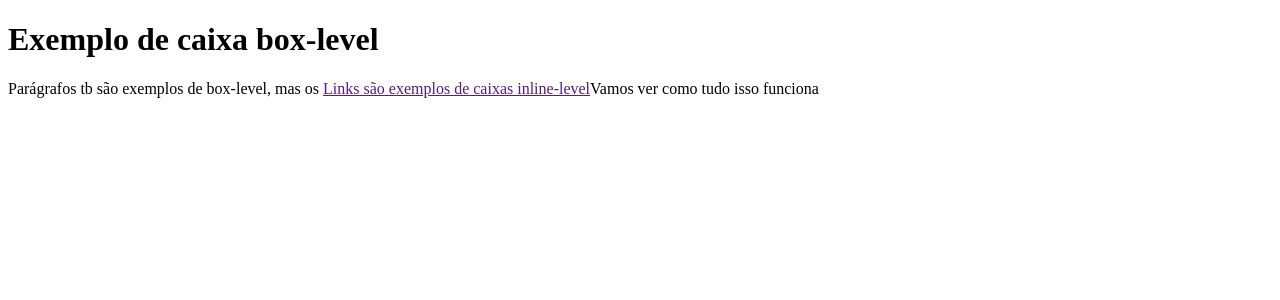
Repository: DorivalJunior14/exercicios
Page: ex.caixas.html/ex.caixas.html
The author's editor kept a copy of each file at every save. The page is drawn from the files as they stood at one save, then again after the next save.
The browser window is 1280 px wide. The pictures show the whole page.

Above is the page before, as saved 2021-05-12 16:00:37.

After the next save:
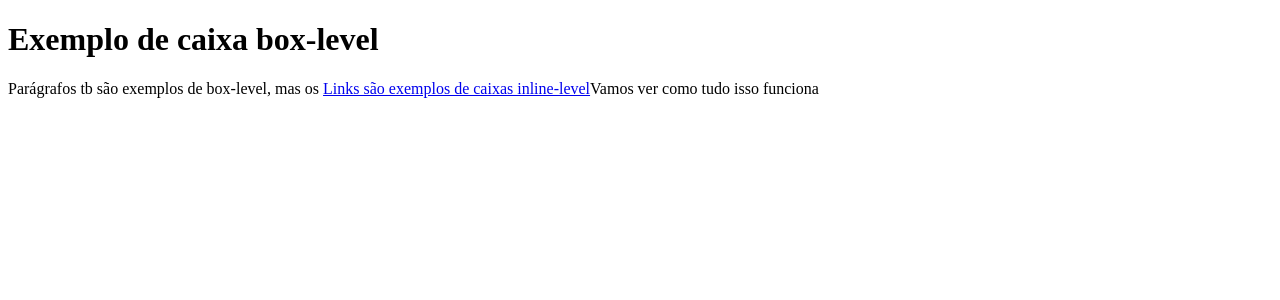
Saved 90 s later.
--- a/ex.caixas.html/ex.caixas.html
+++ b/ex.caixas.html/ex.caixas.html
@@ -8,7 +8,7 @@
 <body>
 
     <h1>Exemplo de caixa box-level</h1>
-    <p>Parágrafos tb são exemplos de box-level, mas os <a href="">Links são exemplos de caixas inline-level</a>Vamos ver como tudo isso funciona</p>
+    <p>Parágrafos tb são exemplos de box-level, mas os <a href="#">Links são exemplos de caixas inline-level</a>Vamos ver como tudo isso funciona</p>
 
 </body>
 </html>
